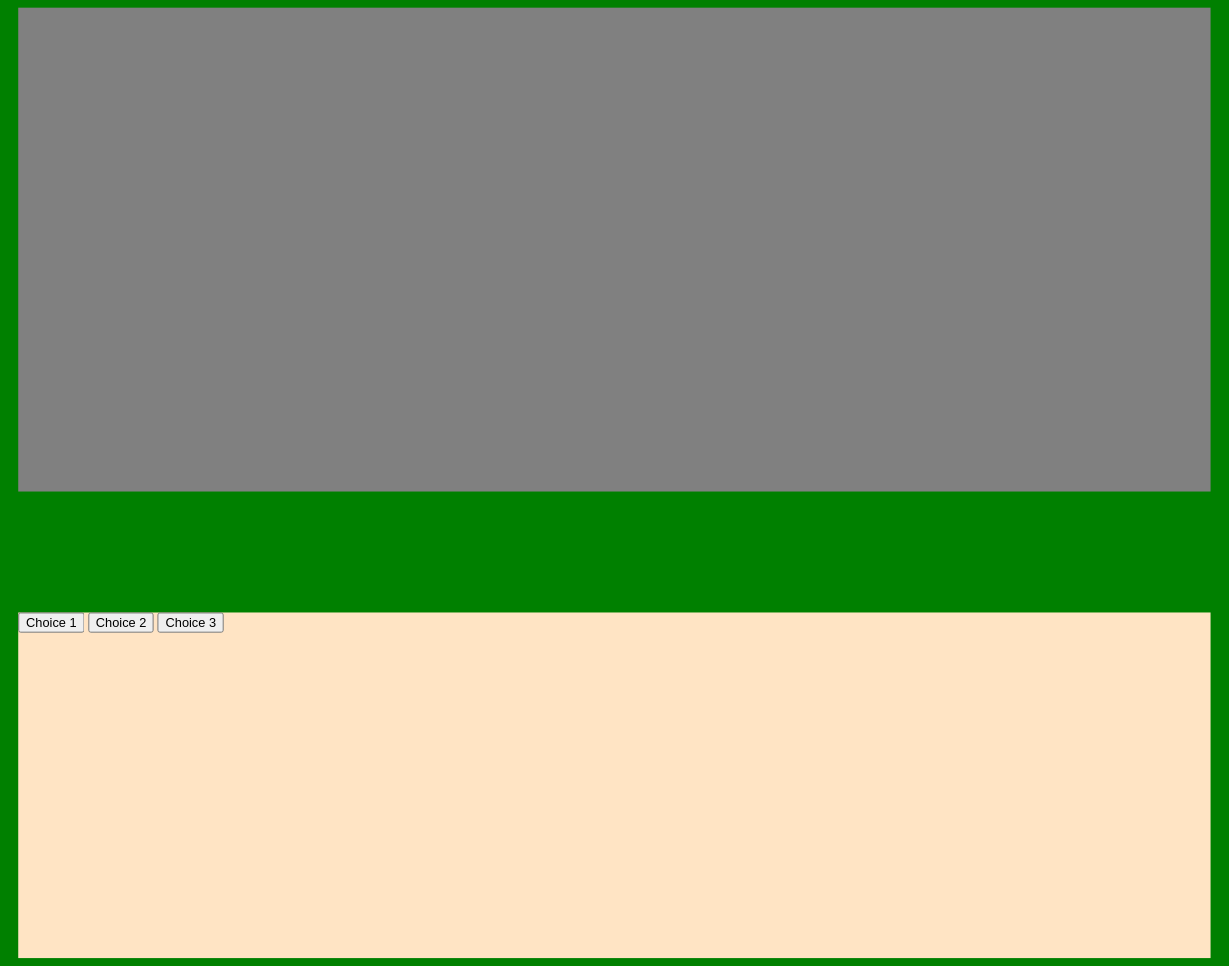
Repository: nguyenlejoe/Dynamic_notSoSherlock
Page: MultiChoice/MultiChoice.html
These files come from the project's save history. The page is drawn as it stood at one moment and after a run of saves; the edit follows.
The browser window is 1280 px wide. The pictures show the whole page, at 96% of full size.

Above is the page before, as saved 2020-03-05 18:37:45.

After the next 2 saves:
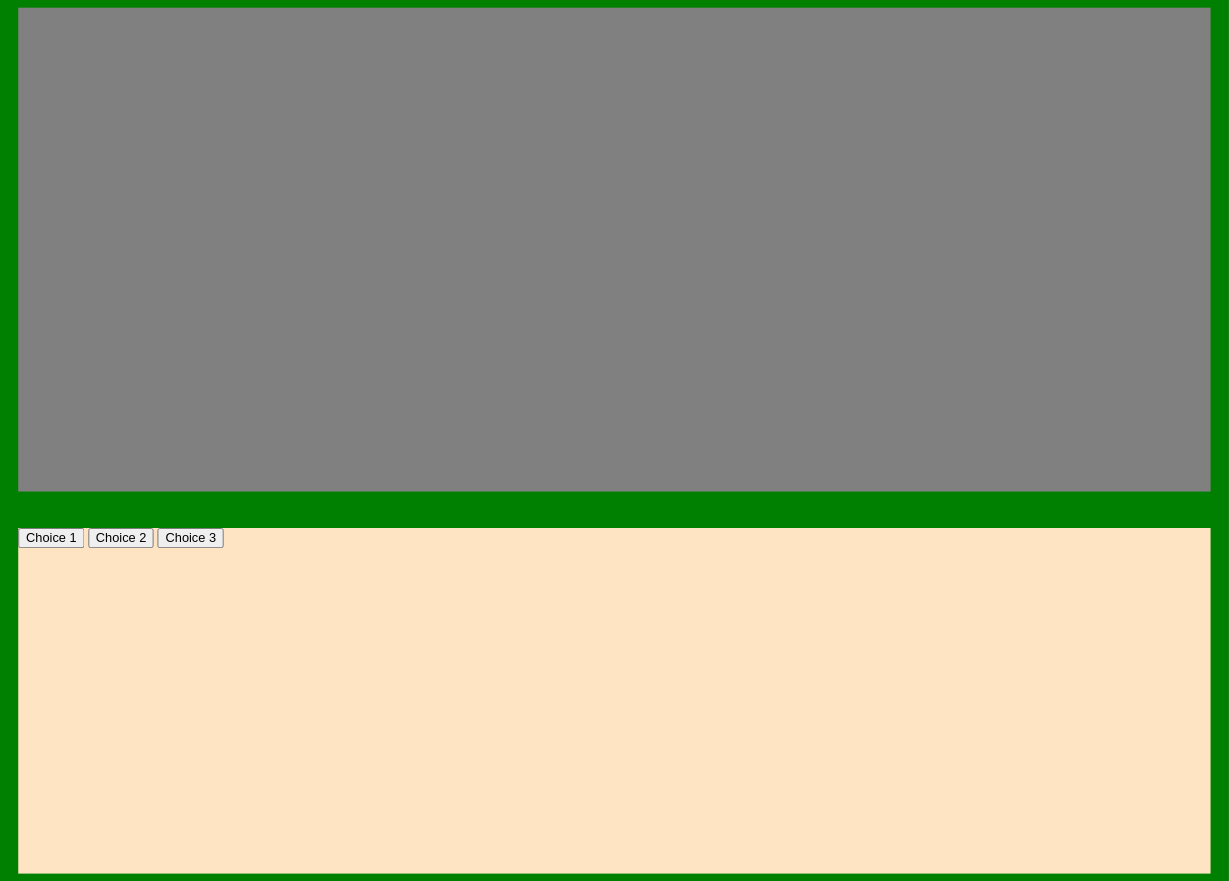
The 2 saves are shown as one change because they came seconds apart.
The last was saved 10 s later.
--- a/MultiChoice/MultiChoice.css
+++ b/MultiChoice/MultiChoice.css
@@ -18,5 +18,5 @@ body{
     background-color:bisque;
     width: 97vw;
     height: 50vh;
-    margin-top: 10%;
+    margin-top: 3%;
 }
